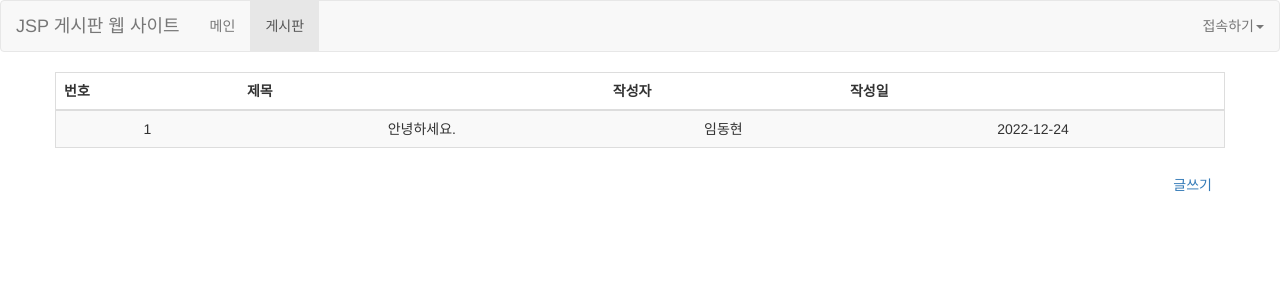
Repository: ehdgus0221/JAVA
Page: http://localhost/BBS/bbs.jsp
These files come from the project's save history. The page is drawn as it stood at one moment and after the next save; the edit follows.
The browser window is 1280 px wide. The pictures show the whole page.
Some web libraries are served in a nearby version. The page is served by Tomcat 9. Other server files are loaded and not shown.

Above is the page before, as saved 2022-12-24 05:39:40.

### Board-Basic/projects/BBS/src/main/webapp/bbs.jsp
<!-- 가장 많이 쓰이는 인코딩 UTF-8로 바꾸기, 한글,영어 둘다 지원 -->
<%@ page language="java" contentType="text/html; charset=UTF-8"
    pageEncoding="UTF-8"%>
 <%@ page import="java.io.PrintWriter" %>
<!DOCTYPE html>
<html>
<head>
<meta charset="UTF-8">
<!-- 반응형 웹에서 사용되는 meta 태그 사용 -->
<meta name="viewport" content="width=device-width", initial-scale="1">
<link rel="stylesheet" href="css/bootstrap.css">
<title>JSP 게시판 웹 사이트</title>
</head>
<body>
	<%
	//로그인을 한 사람은 userID변수에 값이 들어간다.
		String userID = null;
	if (session.getAttribute("userID") != null){
		userID=(String)session.getAttribute("userID");
	}
	%>

	<nav class="navbar navbar-default">
		<div class="navbar-header">
			<button type="button" class="navbar-toggle collapsed"
				data-toggle="collapse" data-target="#bs-example-navbar-collapse-1"
				aria-expanded="false">
				<span class="icon-bar"></span>
				<span class="icon-bar"></span>
				<span class="icon-bar"></span>
			</button>
			<a class="navbar-brand" href="main.jsp">JSP 게시판 웹 사이트</a>
		</div>
		<div class="collapse navbar-collapse" id="bs-example-navbar-collapse-1">
			<ul class="nav navbar-nav">
				<li><a href="main.jsp">메인</a></li>
				<li class="active"><a href="bbs.jsp">게시판</a></li>
			</ul>
			<%
				if(userID == null) {
			%>
			<ul class="nav navbar-nav navbar-right">
				<li class="dropdown">
				<a href="#" class="dropdown-toggle"
					data-toggle="dropdown" role="button" aria-haspopup="true"
					aria-expanded="false">접속하기<span class="caret"></span></a>
					<ul class="dropdown-menu">
						<li><a href="login.jsp">로그인</a></li>
						<li><a href="join.jsp">회원가입</a></li>
					</ul>
				</li>
			</ul>
			<%
				} else{
			%>
			<ul class="nav navbar-nav navbar-right">
				<li class="dropdown">
				<a href="#" class="dropdown-toggle"
					data-toggle="dropdown" role="button" aria-haspopup="true"
					aria-expanded="false">회원가입<span class="caret"></span></a>
					<ul class="dropdown-menu">
						<li><a href="logoutAction.jsp">로그아웃</a></li>
					</ul>
				</li>
			</ul>

			<%
				}
			%>

		</div>
	</nav>
	<div class="container">
		<div class="row">
			<table class="table table-striped" style="text-align:center; border: 1px solid #dddddd">
				<thead>
					<tr>
						<th sylte="backgroud-color: #eeeeee; text-align:center;">번호</th>
						<th sylte="backgroud-color: #eeeeee; text-align:center;">제목</th>
						<th sylte="backgroud-color: #eeeeee; text-align:center;">작성자</th>
						<th sylte="backgroud-color: #eeeeee; text-align:center;">작성일</th>
					</tr>
				</thead>
				<tbody>
					<tr>
						<td>1</td>
						<td>안녕하세요.</td>
						<td>임동현</td>
						<td>2022-12-24</td>
					</tr>
				</tbody>
			</table>
			<a href="write.jsp" class="btn btn:primary pull-right">글쓰기</a>
		</div>
	</div>
	<!-- 애니메이션 기능으로 script 태그 사용 -->
	<script src="https://code.jquery.com/jquery-3.1.1.min.js"></script>
	<script src="js/bootstrap.js"></script>
</body>
</html>

Loaded but not shown: Board-Basic/projects/BBS/src/main/webapp/css/bootstrap.css (library); Board-Basic/projects/BBS/src/main/webapp/js/bootstrap.js (library)

After the next save:
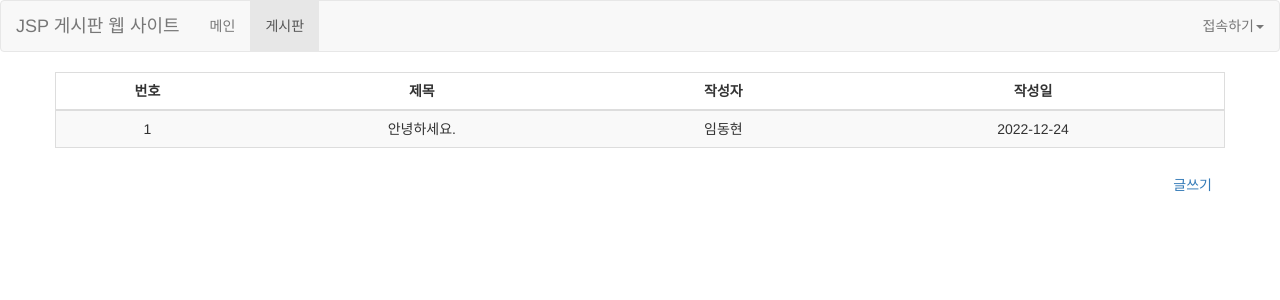
Saved 53 s later.
--- a/Board-Basic/projects/BBS/src/main/webapp/bbs.jsp
+++ b/Board-Basic/projects/BBS/src/main/webapp/bbs.jsp
@@ -75,10 +75,10 @@
 			<table class="table table-striped" style="text-align:center; border: 1px solid #dddddd">
 				<thead>
 					<tr>
-						<th sylte="backgroud-color: #eeeeee; text-align:center;">번호</th>
-						<th sylte="backgroud-color: #eeeeee; text-align:center;">제목</th>
-						<th sylte="backgroud-color: #eeeeee; text-align:center;">작성자</th>
-						<th sylte="backgroud-color: #eeeeee; text-align:center;">작성일</th>
+						<th style="backgroud-color: #eeeeee; text-align:center;">번호</th>
+						<th style="backgroud-color: #eeeeee; text-align:center;">제목</th>
+						<th style="backgroud-color: #eeeeee; text-align:center;">작성자</th>
+						<th style="backgroud-color: #eeeeee; text-align:center;">작성일</th>
 					</tr>
 				</thead>
 				<tbody>
